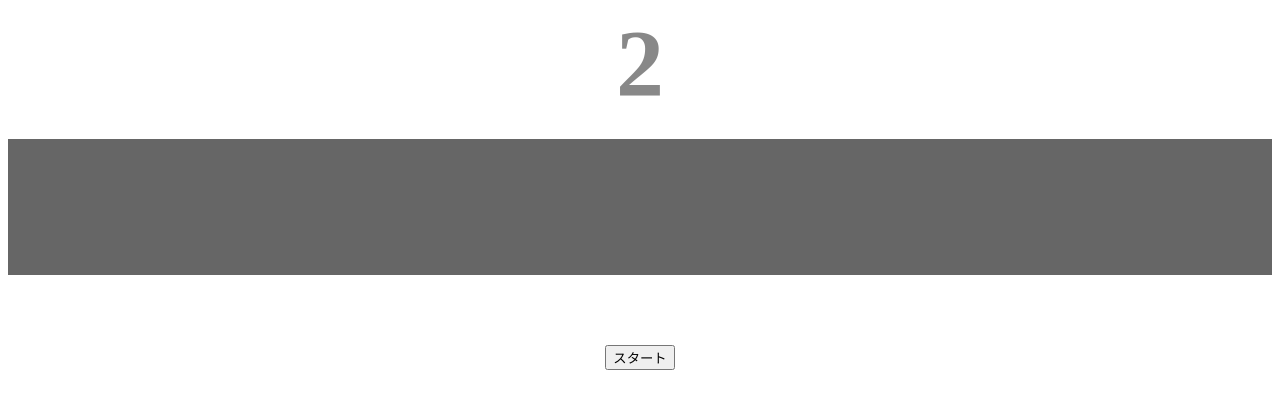
Repository: sat0113/Samurai_JS3
Page: JavaScript/index.html
The author's editor kept a record of every edit. The page is drawn from the files as they stood at one moment, then again after the next edit.
The browser window is 1280 px wide. The pictures show the whole page.
After loading, the first visible `#start` was clicked once.

Above is the page before.
Console error: TypeError: p.appendchild is not a function

### JavaScript/index.html
<!Doctype html>
<html>
<head>
    <meta charset="utf-8" />
    <title>タイピングアプリ</title>
   <style>
       body {
           font-size: 6em;
           text-align: center;
       }

       #count {
           margin: 0;
           font-weight: bold;
           color: #888;
       }

       #wrap {
           margin-top: 20px;
           padding: 20px 10px;
           background-color: #666;
           font-weight: bold;
           color: #fff;
       }

       span {
           transition: all 300ms 0s ease;
       }

       .add-color {
           font-size: 0.5em;
           color: #666;
       }
   </style>
</head>
<body>
    <p id="count">60</p>
    <div id="wrap">
        <p id="text"></p>
    </div>
    <button id="start">スタート</button>

    <script>
        const wrap = document.getElementById('wrap');
        const start = document.getElementById('start');

        const textLists = [
            'Hello World','This is my App','How are you?',
            'Today is sunny','I love JavaScript!','Good morning',
            'I am Japanese','Let it be','Samurai',
            'Typing Game','Information Technology',
            'I want to be a programmer','What day is today?',
            'I want to build a web app','Nice to meet you',
            'Chrome Firefox Edge Safari','machine learning',
            'Brendan Eich','John Resig','React Vue Angular',
            'Netscape Communications','undefined null NaN',
            'Thank you very much','Google Apple Facebook Amazon',
            'ECMAScript','console.log','for while if switch',
            'var let const','Windows Mac Linux iOS Android',
            'programming'
        ];

        let checkTexts = [];
        let score = 0;

        const createText = () => {
            const p = document.getElementById('text');
            const rnd = Math.floor(Math.random() * textLists.length);

            p.textContent = '';

            checkTexts = textLists[rnd].split('').map(value => {
                const span = document.createElement('span');

                span.textContent = value;
                p.appendchild(span);

                return span;
            })

        };



        const keyDown = e => {
            wrap.style.backgroundColor = '#666';
            if(e.key === checkTexts [0].textContent) {
                checkTexts[0].className = 'add-color';
                checkTexts.shift();

                score++;
                if(!checkTexts.length) createText();
            } else if(e.key === 'Shift') {
                wrap.style.backgroundColor = '#666';
            } else {
                wrap.style.backgroundColor = 'red';
            }

        };

        const rankCheck = score => {
            let text = '';

            if(score < 100) {
                text = 'あなたのランクはCです。\nBランクまであと${100 - score}文字です。';
            } else if(score < 200) {
                text = 'あなたのランクはBです。\nAランクまであと${200 - score}文字です。';
            } else if(score < 300) {
                text = 'あなたのランクはAです。\nSランクまであと${300 - score}文字です。';
            } else if(score >= 300) {
                text = 'あなたのランクはSです。\nおめでとうございます！';
            }

            return '${score}文字打てました！\n【OK】リトライ／【キャンセル】終了';
        };

        const gameOver = id => {
            clearInterval(id);
            const result = confirm(rankCheck(score));
            if(result) window.location.reload();
        };

        const timer = () => {
            let time = 2;
            const count = document.getElementById('count');
            const iD = setInterval(() => {
                if(time <= 0) gameOver(id);
                count.textContent = time--;
            },1000);
        };

        start.addEventListener('click', () => {
            timer();
            createText();

            start.style.display = 'none';
            document.addEventListener('keydown', keyDown);
        })



    </script>
</body>

</html>

After the next edit:
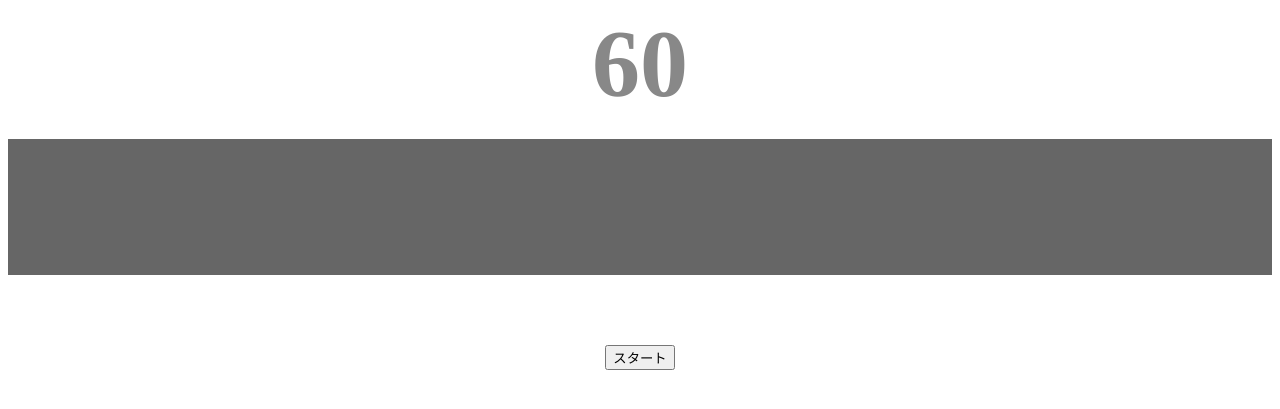
The edit:
--- a/JavaScript/index.html
+++ b/JavaScript/index.html
@@ -61,7 +61,6 @@
         ];
 
         let checkTexts = [];
-        let score = 0;
 
         const createText = () => {
             const p = document.getElementById('text');
@@ -80,7 +79,7 @@
 
         };
 
-
+        let score = 0;
 
         const keyDown = e => {
             wrap.style.backgroundColor = '#666';
@@ -98,7 +97,7 @@
 
         };
 
-        const rankCheck = score => {
+        const ranCheck = score => {
             let text = '';
 
             if(score < 100) {
@@ -111,7 +110,7 @@
                 text = 'あなたのランクはSです。\nおめでとうございます！';
             }
 
-            return '${score}文字打てました！\n【OK】リトライ／【キャンセル】終了';
+            return '${score}文字打てました！\n 【OK】リトライ／【キャンセル】終了';
         };
 
         const gameOver = id => {
@@ -121,7 +120,7 @@
         };
 
         const timer = () => {
-            let time = 2;
+            let time = 60;
             const count = document.getElementById('count');
             const iD = setInterval(() => {
                 if(time <= 0) gameOver(id);
